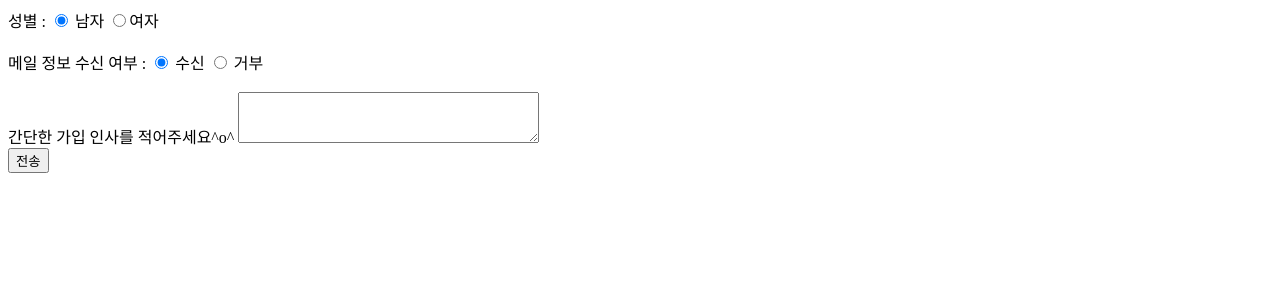
Repository: o3orr/jsp_study
Page: http://localhost/web-study-02/08_radio.jsp
An editor plug-in stored every save of this project. The page is shown before and after the next save, followed by the edit.
The browser window is 1280 px wide. The pictures show the whole page.
The page is served by Tomcat 9. Other server files are loaded and not shown.

Above is the page before, as saved 2024-02-29 02:56:49.

### web-study-02/src/main/webapp/08_radio.jsp
<%@ page language="java" contentType="text/html; charset=UTF-8"
    pageEncoding="UTF-8"%>
<!DOCTYPE html>
<html>
<head>
<meta charset="UTF-8">
<title>Insert title here</title>
</head>
<body>
	<form method="get" action="RadioServlet">
		성별 : <input type="radio" id="gender" name="gender" value="남자" checked> 남자
				<input type="radio" id="gender" name="gender" value="여자">여자 <br><br>
		메일 정보 수신 여부 :
				<input type="radio" id="chk_mail" name="chk_mail" value="yes" checked> 수신
				<input type="radio" id="chk_mail" name="chk_mail" value="vo"> 거부<br><br>
		간단한 가입 인사를 적어주세요^o^
		<textarea id="content" name="content" rows="3" cols="35"></textarea><br>
		<input type="submit" value="전송">

	</form>

</body>
</html>

After the next save:
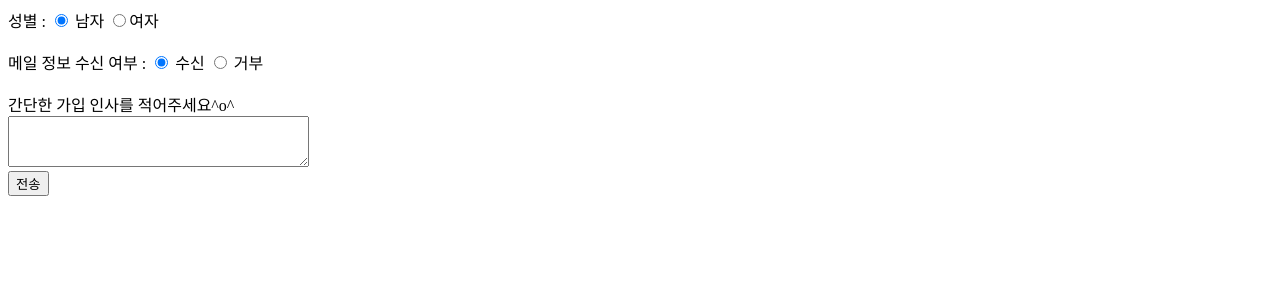
Saved 30 s later.
--- a/web-study-02/src/main/webapp/08_radio.jsp
+++ b/web-study-02/src/main/webapp/08_radio.jsp
@@ -13,7 +13,7 @@
 		메일 정보 수신 여부 :
 				<input type="radio" id="chk_mail" name="chk_mail" value="yes" checked> 수신
 				<input type="radio" id="chk_mail" name="chk_mail" value="vo"> 거부<br><br>
-		간단한 가입 인사를 적어주세요^o^
+		간단한 가입 인사를 적어주세요^o^<br>
 		<textarea id="content" name="content" rows="3" cols="35"></textarea><br>
 		<input type="submit" value="전송">
 
